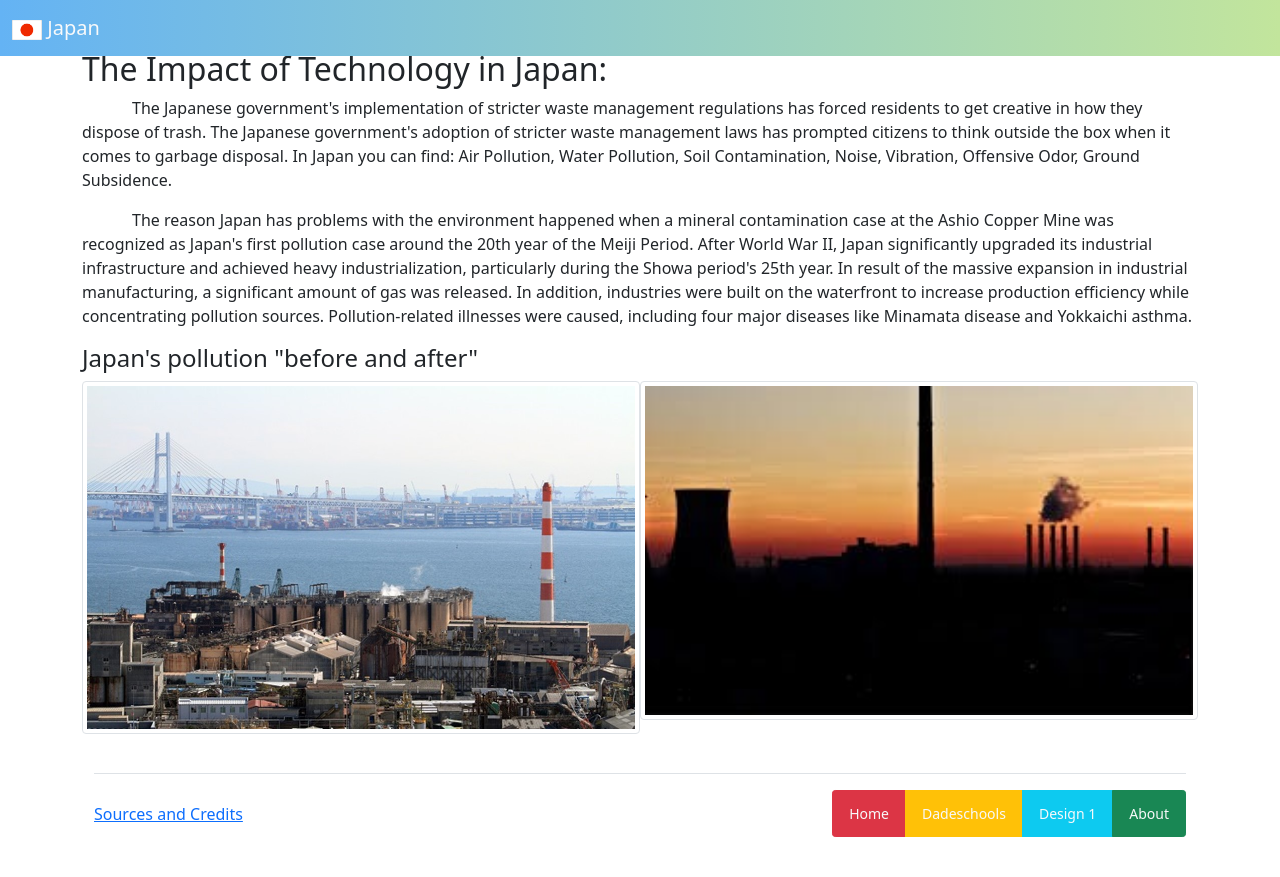
Repository: mrchilliballs/mrchilliballs.github.io
Page: untitled-2.html
The author's editor kept a copy of each file at every save. The page is drawn from the files as they stood at one save, then again after the next save.
The browser window is 1280 px wide. The pictures show the whole page.

Above is the page before, as saved 2021-09-03 16:05:13.

### untitled-2.html
<!DOCTYPE html>
<html lang="en">
<head>
    <meta charset="UTF-8">
    <meta http-equiv="X-UA-Compatible" content="IE=edge">
    <!-- CSS only -->
<link href="https://cdn.jsdelivr.net/npm/bootstrap@5.1.0/dist/css/bootstrap.min.css" rel="stylesheet" integrity="sha384-KyZXEAg3QhqLMpG8r+8fhAXLRk2vvoC2f3B09zVXn8CA5QIVfZOJ3BCsw2P0p/We" crossorigin="anonymous">
    <meta name="viewport" content="width=device-width, initial-scale=1.0">
    <title>Document</title>
    <style>
@keyframes AnimationName {
    0%{background-position:0% 50%}
    50%{background-position:100% 50%}
    100%{background-position:0% 50%}
}
#navabr {
    animation: AnimationName 1s ease infinite !important;
    background: #c2e59c;  /* fallback for old browsers */
    background: -webkit-linear-gradient(to right, #64b3f4, #c2e59c);  /* Chrome 10-25, Safari 5.1-6 */
    background: linear-gradient(to right, #64b3f4, #c2e59c); /* W3C, IE 10+/ Edge, Firefox 16+, Chrome 26+, Opera 12+, Safari 7+ */
}
    </style>
</head>
<body>
    <nav class="navbar navbar-light bg-light fixed-top" id="navabr">
        <div class="container-fluid">
          <a class="navbar-brand" href="#">
            <img src="japan.gif" alt="" width="30" height="20 class="d-inline-block align-text-top">
            <span class="text-light">Japan</span>
          </a>
        </div>
      </nav>
    <main class="container">
<h2 style="margin-top:50px;">The Impact of Technology in Japan:</h2>
	<p style="text-indent: 50px;">The Japanese government's implementation of stricter waste management regulations has forced residents to get creative in how they dispose of trash. The Japanese government's adoption of stricter waste management laws has prompted citizens to think outside the box when it comes to garbage disposal. In Japan you can find: Air Pollution, Water Pollution, Soil Contamination, Noise, Vibration, Offensive Odor, Ground Subsidence.
	<br></p><p style="text-indent: 50px;">The reason Japan has problems with the environment happened when a mineral contamination case at the Ashio Copper Mine was recognized as Japan's first pollution case around the 20th year of the Meiji Period. After World War II, Japan significantly upgraded its industrial infrastructure and achieved heavy industrialization, particularly during the Showa period's 25th year. In result of the massive expansion in industrial manufacturing, a significant amount of gas was released. In addition, industries were built on the waterfront to increase production efficiency while concentrating pollution sources. Pollution-related illnesses were caused, including four major diseases like Minamata disease and Yokkaichi asthma.
    </p>
    <h4>Japan's pollution "before and after"</h4>
    <img src="Picture1.jpg" class="rounded img-thumbnail img-fluid float-start" alt="..." height="50%" width="50%">
    <img src="Picture2.jpg" class="rounded img-thumbnail img-fluid float-end" alt="..." height="50%" width="50%">
    <div style="margin-bottom: 25rem;"></div>
        <div class="container">
            <footer class="d-flex flex-wrap justify-content-between align-items-center py-3 my-4 border-top" style="">
              <div class="dropdown">
                <a class="" href="#" role="button" id="dropdownMenuLink" data-bs-toggle="dropdown" aria-expanded="false">
                  Sources and Credits
                </a>

                <ul class="dropdown-menu" aria-labelledby="dropdownMenuLink">
                  <li><a class="dropdown-item" href="https://www.world-weather-travellers-guide.com/air-pollution-in-japan.htm">Source 1</a></li>
                  <li><a class="dropdown-item" href="https://www.nytimes.com/1964/12/26/archives/tokyo-troubled-by-air-pollution-emphasis-in-smog-control-is-still.html">Source 2</a></li>
                  <li><a class="dropdown-item" href="https://creativecommons.org/licenses/by-nc/2.0/s">Source 3</a></li>
                  <li><a class="dropdown-item" href="https://encyclopedia.1914-1918 online.net/article/science_and_technology_japan ">Source 4</a></li>
                  <li><a class="dropdown-item" href="https://en.wikipedia.org/wiki/Tokyo">Source 5</a></li>
                  <li><a class="dropdown-item" href="https://en.wikipedia.org/wiki/Meiji_Restoration ">Source 6</a></li>
                </ul>
              </div>
              <a href="/" class="col-md-4 d-flex align-items-center justify-content-center mb-3 mb-md-0 me-md-auto link-dark text-decoration-none">
                <svg class="bi me-2" width="40" height="32"><use xlink:href="#bootstrap"></use></svg>
              </a>

              <ul class="nav col-md-4 justify-content-end">
                <div class="btn-group" role="group" aria-label="Basic mixed styles example">
                    <button type="button" class="btn btn-danger btn-sm"><li class="nav-item"><a href="#" class="nav-link px-2 text-light">Home</a></li></button>
                    <button type="button" class="btn btn-warning btn-sm"><li class="nav-item"><a href="https://www3.dadeschools.net" class="nav-link px-2 text-light">Dadeschools</a></li></button>
                    <button type="button" class="btn btn-info btn-sm"><li class="nav-item"><a href="index.html" class="nav-link px-2 text-light">Design 1</a></li></button>
                    <button type="button" class="btn btn-success btn-sm"><li class="nav-item"><a class="nav-link px-2 text-light" href="#" role="button" id="dropdownMenuLink" data-bs-toggle="dropdown" aria-expanded="false">About</a><ul class="dropdown-menu" aria-labelledby="dropdownMenuLink1">
                      <li class="dropdown-item">We made this website using the program language "HTML". It took us a lot of work and we hope we get a good grade on this because we did our best on this website.</li>
                    </ul></li>
                    </button>
                  </div>
              </ul>
            </footer>
          </div>
          <!-- JavaScript Bundle with Popper -->
<script src="https://cdn.jsdelivr.net/npm/bootstrap@5.1.0/dist/js/bootstrap.bundle.min.js" integrity="sha384-U1DAWAznBHeqEIlVSCgzq+c9gqGAJn5c/t99JyeKa9xxaYpSvHU5awsuZVVFIhvj" crossorigin="anonymous"></script>
    </main>
</body>
</html>

After the next save:
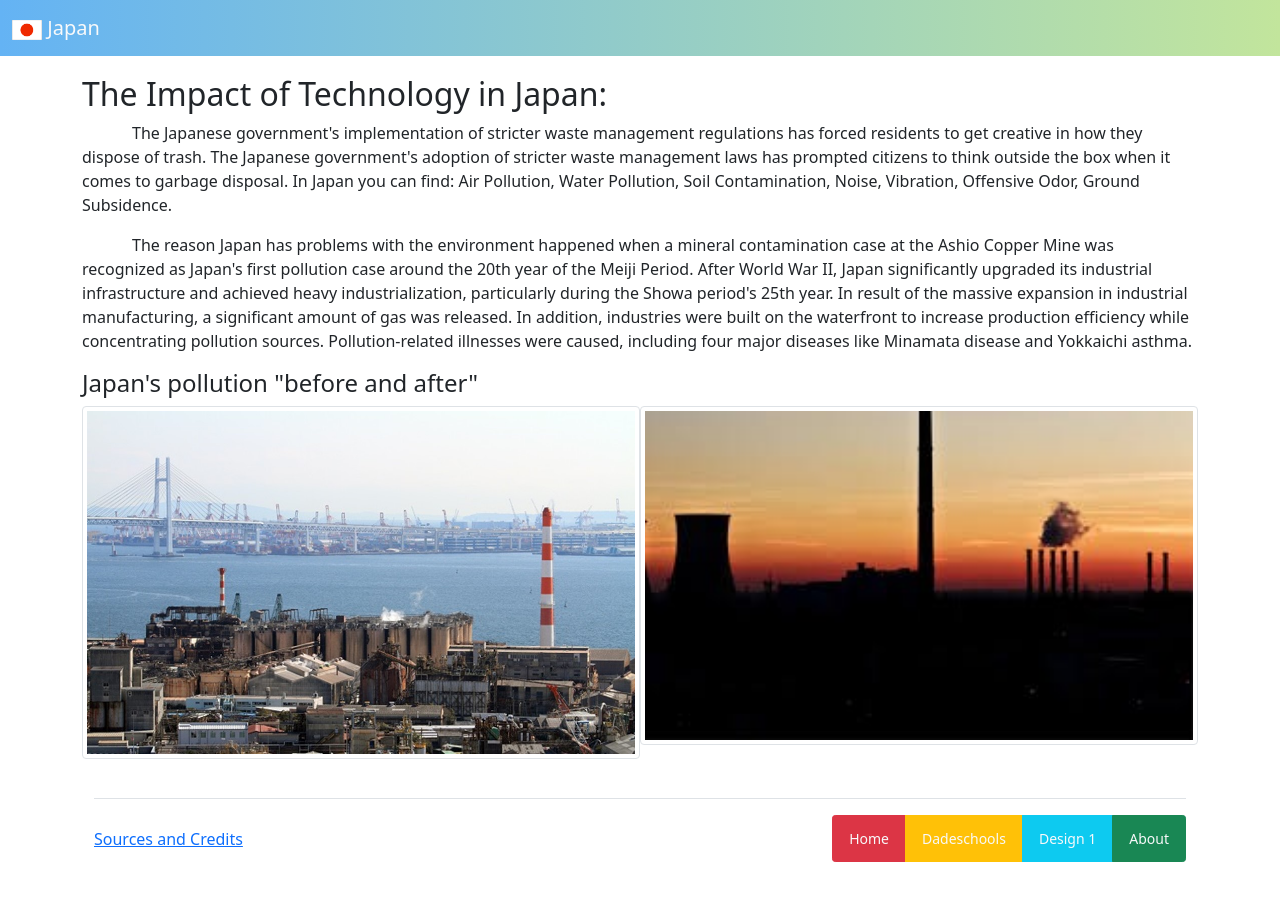
Saved 6 s later.
--- a/untitled-2.html
+++ b/untitled-2.html
@@ -31,7 +31,7 @@
         </div>
       </nav>
     <main class="container">
-<h2 style="margin-top:50px;">The Impact of Technology in Japan:</h2>
+<h2 style="margin-top:75px;">The Impact of Technology in Japan:</h2>
 	<p style="text-indent: 50px;">The Japanese government's implementation of stricter waste management regulations has forced residents to get creative in how they dispose of trash. The Japanese government's adoption of stricter waste management laws has prompted citizens to think outside the box when it comes to garbage disposal. In Japan you can find: Air Pollution, Water Pollution, Soil Contamination, Noise, Vibration, Offensive Odor, Ground Subsidence.
 	<br></p><p style="text-indent: 50px;">The reason Japan has problems with the environment happened when a mineral contamination case at the Ashio Copper Mine was recognized as Japan's first pollution case around the 20th year of the Meiji Period. After World War II, Japan significantly upgraded its industrial infrastructure and achieved heavy industrialization, particularly during the Showa period's 25th year. In result of the massive expansion in industrial manufacturing, a significant amount of gas was released. In addition, industries were built on the waterfront to increase production efficiency while concentrating pollution sources. Pollution-related illnesses were caused, including four major diseases like Minamata disease and Yokkaichi asthma.
     </p>
